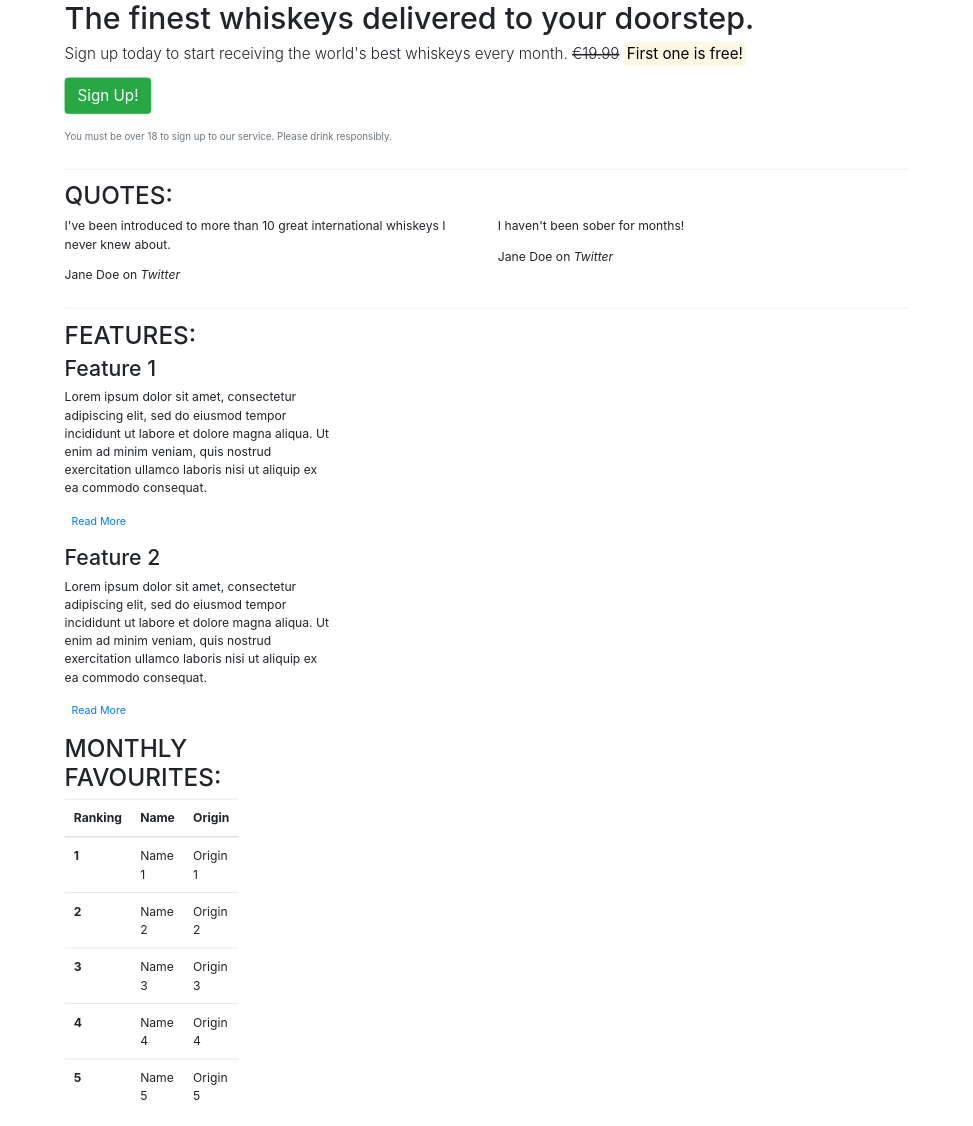
Repository: ElaineArchbold/bootstrap_landing_page1
Page: index.html
The author's editor kept a record of every edit. The page is drawn from the files as they stood at one moment, then again after the next edit.
The browser window is 1280 px wide. The pictures show the whole page, at 76% of full size.

Above is the page before.

After the next edit:
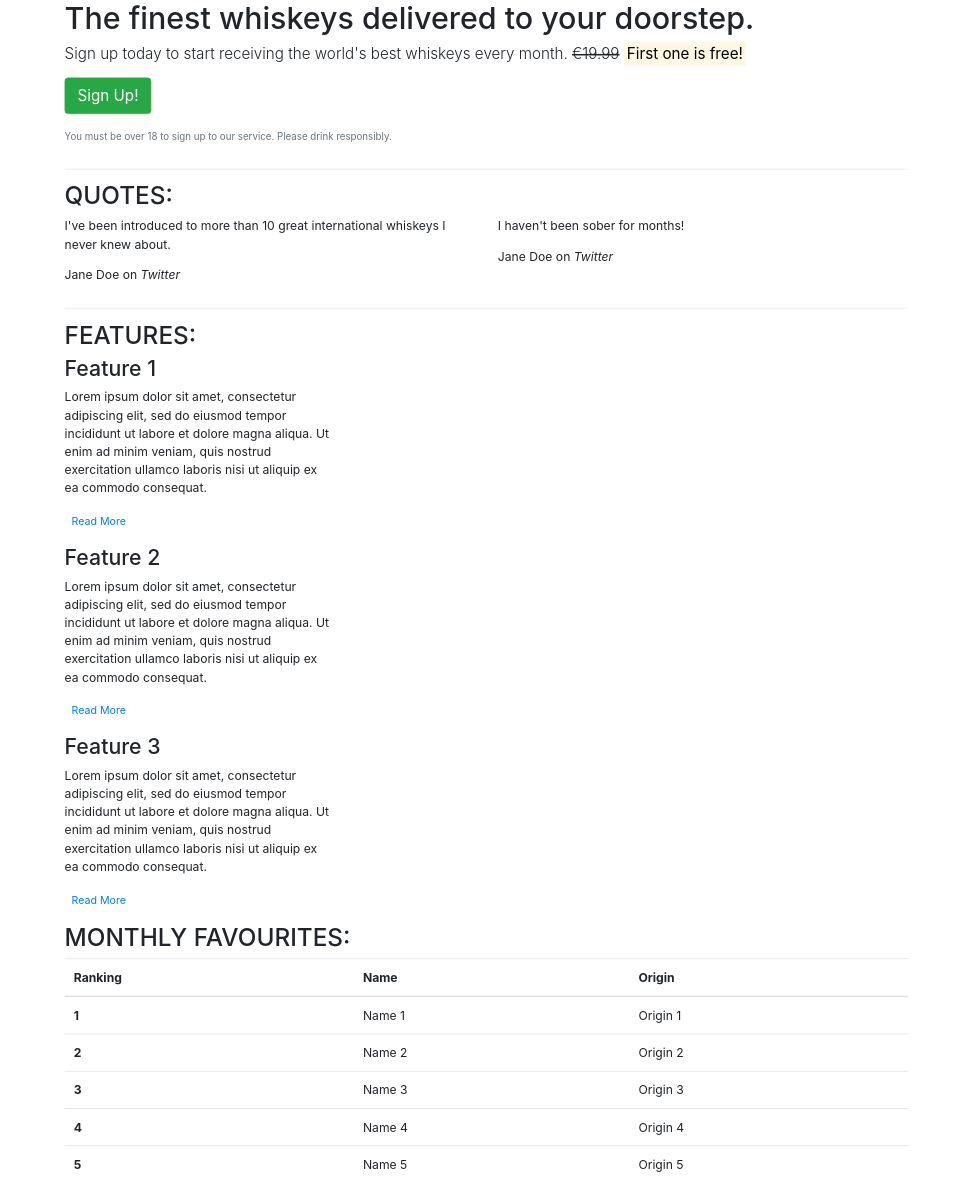
The edit:
--- a/index.html
+++ b/index.html
@@ -76,7 +76,7 @@
                 <div class="feature">
                     <div class="col-12 d-md-none d-lg-block col-lg-4">
                         <!-- d-md-none on a medium screen, this wont be displayed -->
-                        <!--
+                        <!--d-lg-block and col-lg-4 make this display on large screens-->
                         <h3>Feature 3</h3>
                         <p>Lorem ipsum dolor sit amet, consectetur adipiscing elit, sed do eiusmod tempor incididunt ut labore et dolore magna aliqua. Ut enim ad minim veniam, quis nostrud exercitation ullamco laboris nisi ut aliquip ex ea commodo consequat.</p>
                         <p><a class="btn btn-sm btn-default" href="">Read More</a></p>
